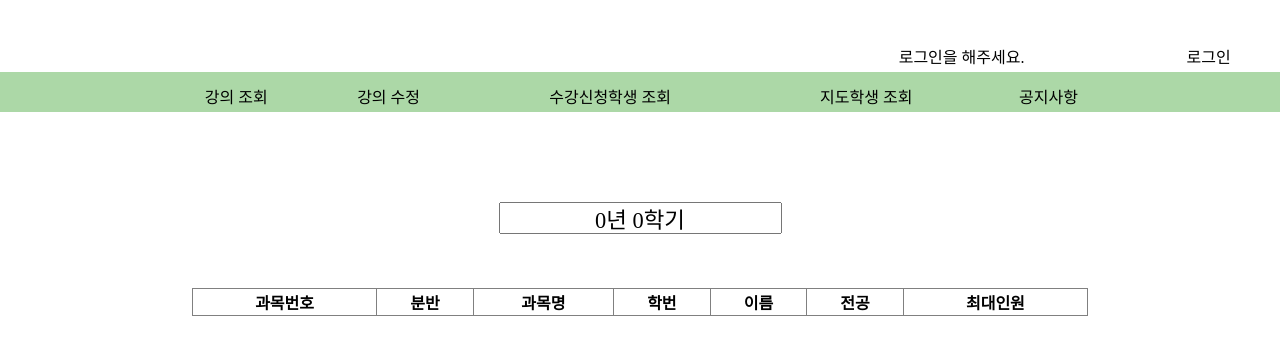
Repository: bokyung124/Enrolment_jsp
Page: http://localhost/lab/student_prof.jsp
These files come from the project's save history. The page is drawn as it stood at one moment and after the next save; the edit follows.
The browser window is 1280 px wide. The pictures show the whole page.
Some web fonts or font styles are not loaded; a fallback is used. The page is served by Tomcat 9. Queries for data that is not in the repository find no rows.

Above is the page before, as saved 2023-05-31 16:24:52.
Console error: TypeError: Cannot set properties of null (setting 'innerHTML')

After the next save:
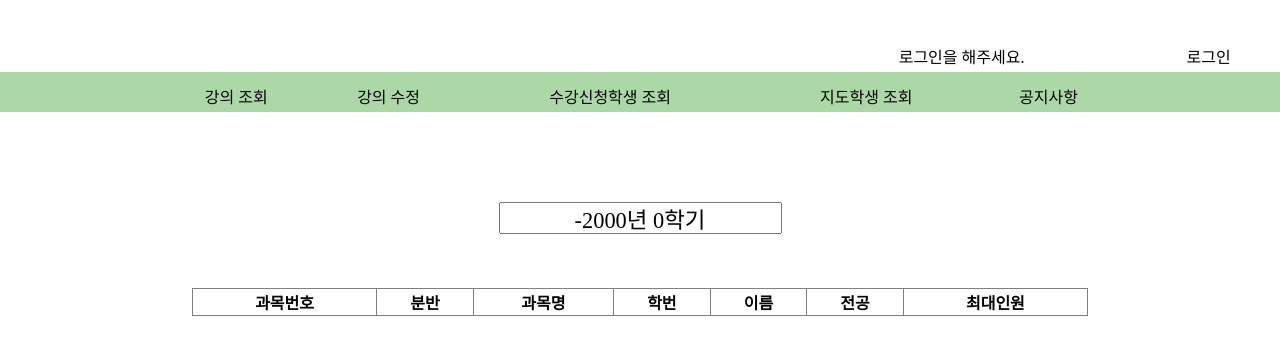
Saved 8 min 37 s later.
--- a/lab/lab/src/main/webapp/student_prof.jsp
+++ b/lab/lab/src/main/webapp/student_prof.jsp
@@ -37,7 +37,7 @@
 			CallableStatement cstmt = myConn.prepareCall("{? = call Date2EnrollYear(SYSDATE)}");
 			cstmt.registerOutParameter(1, java.sql.Types.INTEGER);
 			cstmt.execute();
-			nYear = cstmt.getInt(1);
+			nYear = cstmt.getInt(1)-2000;
 
 			CallableStatement cstmt2 = myConn.prepareCall("{? = call Date2EnrollSemester(SYSDATE)}");
 			cstmt2.registerOutParameter(1, java.sql.Types.INTEGER);
